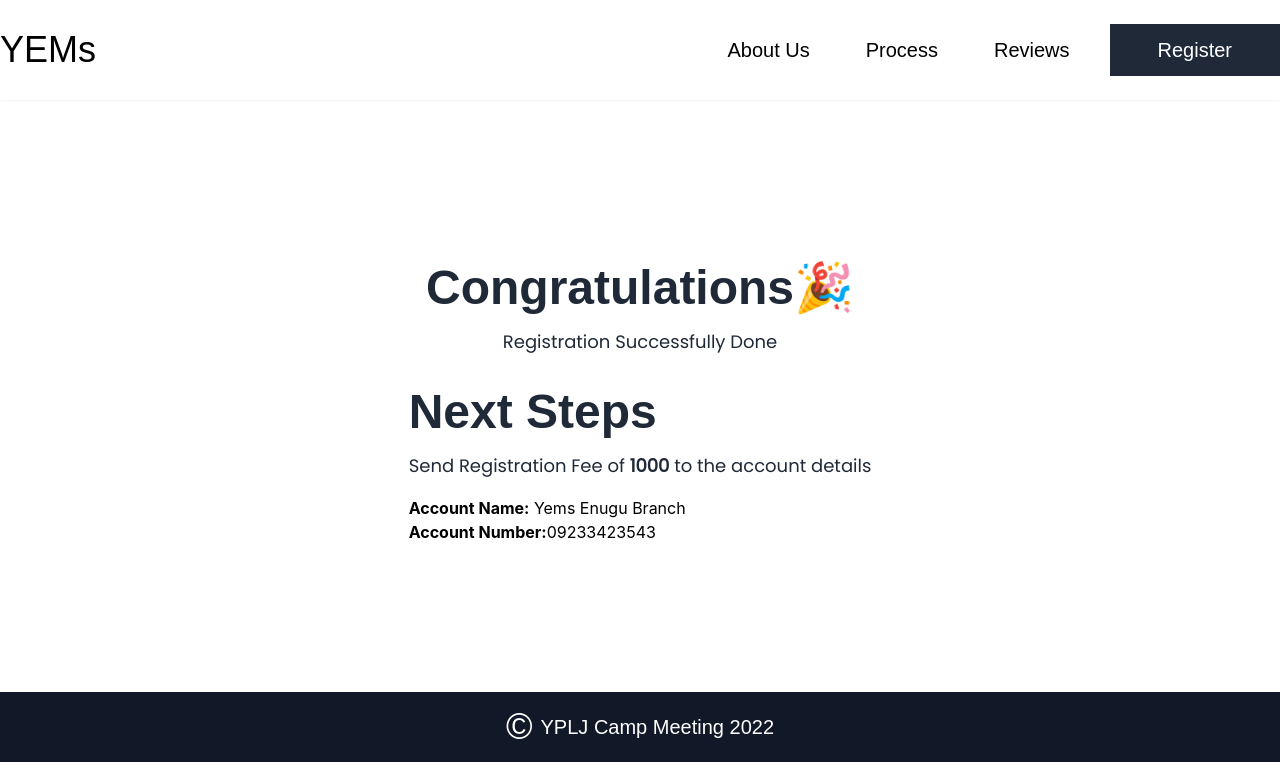
Repository: Ifenna-Pascal/user-camp-onboarding
Page: /dashboard
The author's editor kept a copy of each file at every save. The page is drawn from the files as they stood at one save, then again after the next save.
The browser window is 1280 px wide. The pictures show the whole page.
Some web fonts or font styles are not loaded; a fallback is used. The project was rebuilt for these pictures with package versions that can differ from the ones it lists, and the page was loaded fresh each time. The framework's server and built-in components were replaced by stand-ins that run in the browser. Also part of the build but not shown: next.config.js.

Above is the page before, as saved 2022-11-27 08:15:07.

After the next save:
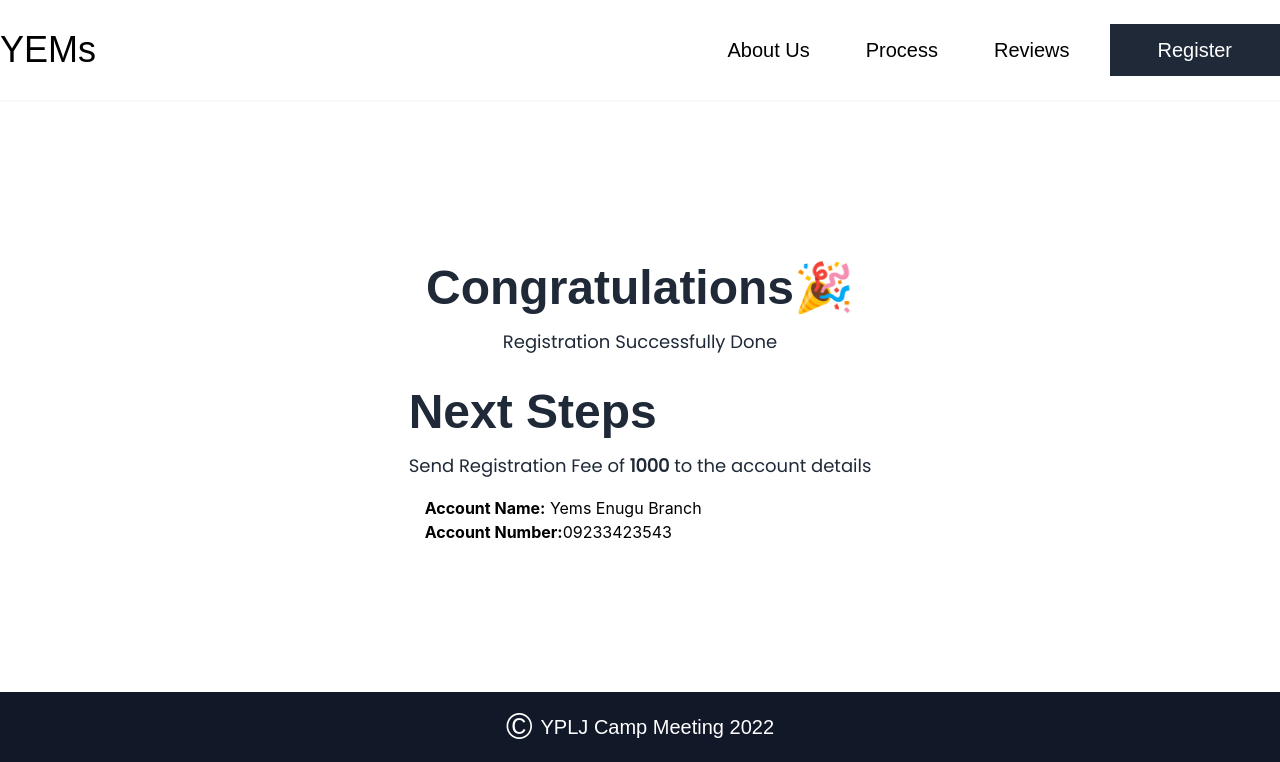
Saved 14 s later.
--- a/pages/dashboard.jsx
+++ b/pages/dashboard.jsx
@@ -16,7 +16,7 @@ function Dashboard() {
         <p className="block text-base  lg:text-lg text-center font-poppins text-gray-800 leading-[30px] py-2 lg:py-4">
           Send Registration Fee of <strong>1000</strong> to the account details
         </p>
-        <div>
+        <div className="px-4">
           <p>
             <b>Account Name:</b> Yems Enugu Branch
           </p>
